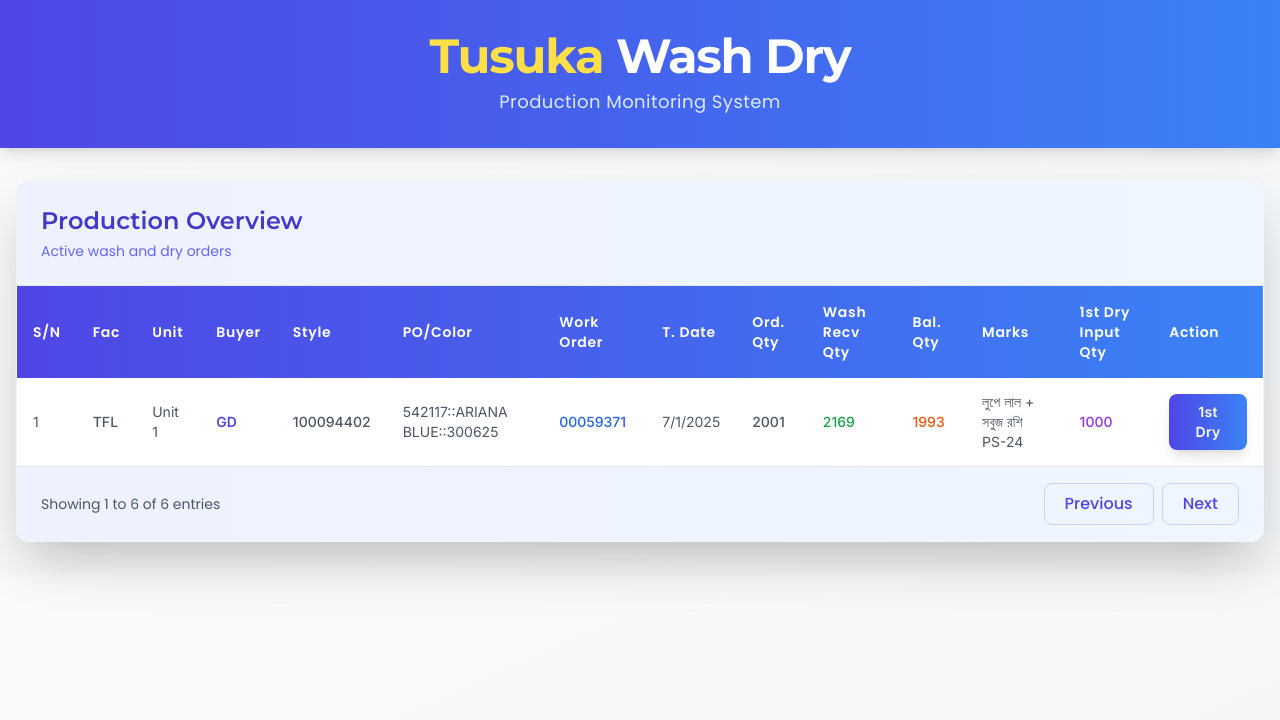
Repository: AhmedMuktadir14218/TusukaDryWash
Page: index.html
These files come from the project's save history. The page is drawn as it stood at one moment and after the next save; the edit follows.
The browser window is 1280 px wide. The pictures show the whole page.
Some web libraries are served in a nearby version.

Above is the page before, as saved 2025-06-29 15:15:22.

After the next save:
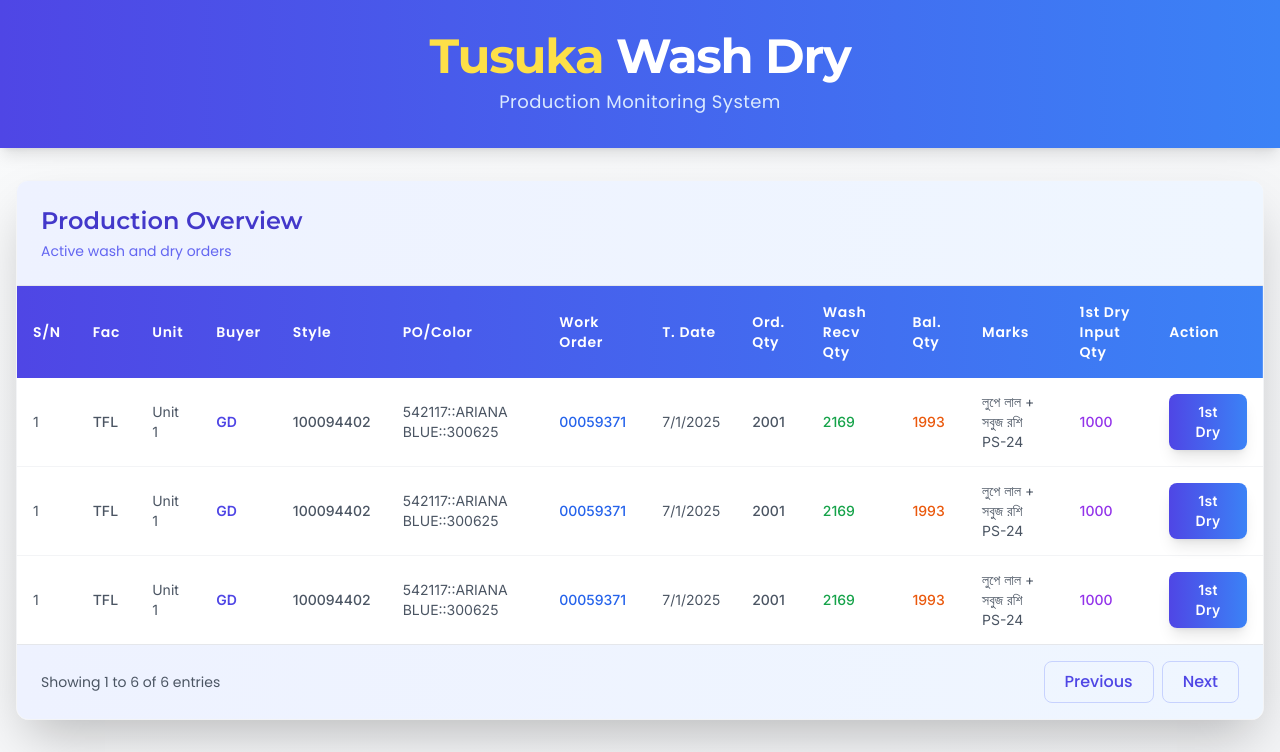
Saved 73 s later.
--- a/index.html
+++ b/index.html
@@ -81,6 +81,46 @@
                                 </button>
                             </td>
                         </tr>
+                        <tr class="hover:bg-indigo-50 transition-all duration-200">
+                            <td class="px-4 py-3.5 text-gray-600">1</td>
+                            <td class="px-4 py-3.5 text-gray-600 font-medium">TFL</td>
+                            <td class="px-4 py-3.5 text-gray-600">Unit 1</td>
+                            <td class="px-4 py-3.5 font-semibold text-indigo-600">GD</td>
+                            <td class="px-4 py-3.5 text-gray-600 font-medium">100094402</td>
+                            <td class="px-4 py-3.5 text-gray-600">542117::ARIANA BLUE::300625</td>
+                            <td class="px-4 py-3.5 text-blue-600 font-medium">00059371</td>
+                            <td class="px-4 py-3.5 text-gray-600">7/1/2025</td>
+                            <td class="px-4 py-3.5 text-gray-600 font-medium">2001</td>
+                            <td class="px-4 py-3.5 font-medium text-green-600">2169</td>
+                            <td class="px-4 py-3.5 font-medium text-orange-600">1993</td>
+                            <td class="px-4 py-3.5 text-gray-600">লুপে লাল + সবুজ রশি PS-24</td>
+                            <td class="px-4 py-3.5 font-medium text-purple-600">1000</td>
+                            <td class="px-4 py-3.5">
+                                <button class="bg-gradient-to-r from-indigo-600 to-blue-500 hover:from-indigo-700 hover:to-blue-600 text-white px-6 py-2 rounded-lg text-sm font-semibold tracking-wide transition-all duration-200 shadow-lg hover:shadow-xl transform hover:-translate-y-0.5">
+                                    1st Dry
+                                </button>
+                            </td>
+                        </tr>
+                        <tr class="hover:bg-indigo-50 transition-all duration-200">
+                            <td class="px-4 py-3.5 text-gray-600">1</td>
+                            <td class="px-4 py-3.5 text-gray-600 font-medium">TFL</td>
+                            <td class="px-4 py-3.5 text-gray-600">Unit 1</td>
+                            <td class="px-4 py-3.5 font-semibold text-indigo-600">GD</td>
+                            <td class="px-4 py-3.5 text-gray-600 font-medium">100094402</td>
+                            <td class="px-4 py-3.5 text-gray-600">542117::ARIANA BLUE::300625</td>
+                            <td class="px-4 py-3.5 text-blue-600 font-medium">00059371</td>
+                            <td class="px-4 py-3.5 text-gray-600">7/1/2025</td>
+                            <td class="px-4 py-3.5 text-gray-600 font-medium">2001</td>
+                            <td class="px-4 py-3.5 font-medium text-green-600">2169</td>
+                            <td class="px-4 py-3.5 font-medium text-orange-600">1993</td>
+                            <td class="px-4 py-3.5 text-gray-600">লুপে লাল + সবুজ রশি PS-24</td>
+                            <td class="px-4 py-3.5 font-medium text-purple-600">1000</td>
+                            <td class="px-4 py-3.5">
+                                <button class="bg-gradient-to-r from-indigo-600 to-blue-500 hover:from-indigo-700 hover:to-blue-600 text-white px-6 py-2 rounded-lg text-sm font-semibold tracking-wide transition-all duration-200 shadow-lg hover:shadow-xl transform hover:-translate-y-0.5">
+                                    1st Dry
+                                </button>
+                            </td>
+                        </tr>
                         <!-- Add similar styling for other rows -->
                     </tbody>
                 </table>
